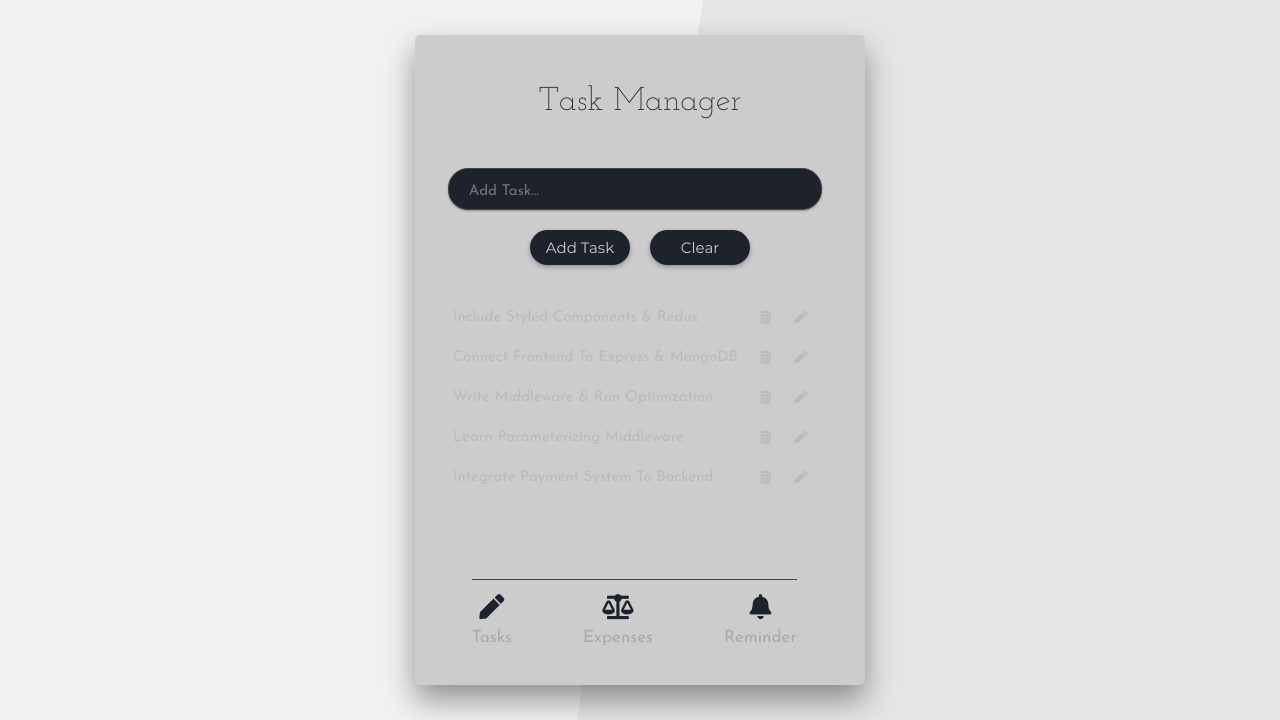
Repository: Kol124/react-task-manager
Page: /
These files come from the project's save history. The page is drawn as it stood at one moment and after the next save; the edit follows.
The browser window is 1280 px wide. The pictures show the whole page.
The project was rebuilt for these pictures with package versions that can differ from the ones it lists, and the page was loaded fresh each time. Also part of the build but not shown: src/components/Expenses/Expenses.js, src/components/Reminder/Reminder.js.

Above is the page before, as saved 2021-06-24 13:45:37.

### public/index.html
<!DOCTYPE html>
<html lang="en">
  <head>
    <meta charset="utf-8" />
    <link rel="icon" href="%PUBLIC_URL%/favicon.ico" />
    <meta name="viewport" content="width=device-width, initial-scale=1" />
    <meta name="theme-color" content="#000000" />
    <meta
      name="description"
      content="Web site created using create-react-app"
    />
    <link rel="apple-touch-icon" href="%PUBLIC_URL%/logo192.png" />
    <!--
      manifest.json provides metadata used when your web app is installed on a
      user's mobile device or desktop. See https://developers.google.com/web/fundamentals/web-app-manifest/
    -->
    <link rel="manifest" href="%PUBLIC_URL%/manifest.json" />
    <!--
      Notice the use of %PUBLIC_URL% in the tags above.
      It will be replaced with the URL of the `public` folder during the build.
      Only files inside the `public` folder can be referenced from the HTML.

      Unlike "/favicon.ico" or "favicon.ico", "%PUBLIC_URL%/favicon.ico" will
      work correctly both with client-side routing and a non-root public URL.
      Learn how to configure a non-root public URL by running `npm run build`.
    -->
    <link rel="stylesheet" href="all.min.css" />
    <title>React App</title>
  </head>
  <body>
    <noscript>You need to enable JavaScript to run this app.</noscript>
    <div id="root"></div>
    <!--
      This HTML file is a template.
      If you open it directly in the browser, you will see an empty page.

      You can add webfonts, meta tags, or analytics to this file.
      The build step will place the bundled scripts into the <body> tag.

      To begin the development, run `npm start` or `yarn start`.
      To create a production bundle, use `npm run build` or `yarn build`.
    -->
  </body>
</html>

### src/App.js
import "./App.css";
import React from "react";
import { BrowserRouter as Router, Switch, Route } from "react-router-dom";
import Header from "./components/Header";
import TaskForm from "./components/TaskForm";
import TaskList from "./components/TaskList";
import TaskContextProvider from "./context/TaskContext";
import Expenses from "./components/expenses/Expenses";
import Reminder from "./components/reminder/Reminder";
import Footer from "./components/Footer";

function App() {
  return (
    <Router>
      <TaskContextProvider>
        <div className="container">
          <div className="app-wrapper">
            <Header />
            <Switch>
              <Route exact path="/">
                <div className="main">
                  <TaskForm />
                  <TaskList />
                </div>
              </Route>

              <Route path="/expenses">
                <Expenses />
              </Route>

              <Route path="/reminder">
                <Reminder />
              </Route>
            </Switch>
            <Footer />
          </div>
        </div>
      </TaskContextProvider>
    </Router>
  );
}

export default App;

### src/App.css
@import url("fonts.css");

* {
  margin: 0;
  padding: 0;
  box-sizing: inherit;
}

html {
  box-sizing: border-box;
  font-size: 62.5%;
}

.container {
  width: 100%;
  height: 100vh;
  display: flex;
  align-items: center;
  justify-content: center;
  background: linear-gradient(100deg, #f1f1f1 50%, #e5e5e5 0);
}

.app-wrapper {
  background-color: #292f38;
  background-color: #ccc;
  padding: 2.5rem 2.8rem;
  position: relative;
  width: 45rem;
  height: 65rem;
  border-radius: 5px;
  box-shadow: 0 15px 30px rgba(0, 0, 0, 0.4);
}

.header .main-header {
  font-family: "Josefin Slab", serif;
  text-align: center;
  font-size: 3.3rem;
  color: #292f38;
  font-weight: 300;
  margin: 2.5rem 2rem 5rem 2rem;
}

.main {
  display: flex;
  flex-direction: column;
  align-items: space-between;
  margin-bottom: 3.5rem;
  width: 100%;
}

.form {
  display: flex;
  align-items: center;
  margin-bottom: 1.5rem;
  flex-direction: column;
  justify-content: center;
}

.task-input {
  font-family: "Josefin Sans", serif;
  padding: 1.5rem 1rem 1rem 2rem;
  margin: 0 1rem 1rem 0;
  color: #ccc;
  width: 95%;
  outline: none;
  font-size: 1.5rem;
  border-radius: 20px;
  border: 1px solid #444;
  background-color: #1d222b;
  box-shadow: 0 1px 2px rgba(0, 0, 0, 0.3);
}

@media only screen and (max-width: 450px) {
  html {
    font-size: 50%;
  }
}

.buttons {
  display: flex;
}

.btn {
  margin: 1rem;
}

.add-task-btn {
  width: 10rem;
  height: 3.5rem;
  background-color: #1d222b;
  color: #ccc;
  border: none;
  font-family: "Montserrat", sans-serif;
  font-size: 1.5rem;
  border-radius: 2rem;
  box-shadow: 0 2px 5px rgba(0, 0, 0, 0.3);
  outline: none;
  cursor: pointer;
}

.list {
  width: 95%;
  margin: 0 auto;
  max-height: 28rem;
  overflow: hidden;
  overflow-y: auto;
}

/* width */
::-webkit-scrollbar {
  width: 6px;
}

/* Track */
::-webkit-scrollbar-track {
  border-radius: 10px;
  background-color: #aaa;
}

/* Handle */
::-webkit-scrollbar-thumb {
  background: #444;
  border-radius: 10px;
}

.list-item {
  display: flex;
  margin: 2rem 0;
  padding-bottom: 0.5rem;
  justify-content: space-between;
}

.list-item span {
  font-family: "Josefin Sans", sans-serif;
  color: #bbb;
  font-size: 1.5rem;
  text-transform: capitalize;
}

.task-btn {
  cursor: pointer;
  background-color: transparent;
  border: none;
  outline: none;
}

.btn-delete i {
  font-size: 1.3rem;
  color: #bbb;
  margin-right: 2rem;
}

.btn-edit i {
  font-size: 1.3rem;
  color: #bbb;
  margin-right: 2rem;
}

.clear-btn {
  width: 10rem;
  height: 3.5rem;
  background-color: #1d222b;
  color: #ccc;
  border: none;
  font-family: "Montserrat", sans-serif;
  font-size: 1.5rem;
  border-radius: 2rem;
  box-shadow: 0 2px 5px rgba(0, 0, 0, 0.3);
  outline: none;
  cursor: pointer;
}

.no-tasks {
  color: #777;
  text-align: center;
  font-family: "Montserrat", sans-serif;
  margin-top: 2.5rem;
  font-size: 2rem;
}

footer {
  position: absolute;
  width: 85%;
  bottom: 6%;
}

footer .nav {
  display: flex;
  align-items: center;
  justify-content: space-between;
  border-top: 1px solid #444;
  padding-top: 1.4rem;
  list-style: none;
  margin: 0 auto;
  width: 85%;
}

.nav li {
  font-family: "Josefin Sans", sans-serif;
  /* font-size: 2rem; */
  text-align: center;
}

.nav li a {
  text-decoration: none;
}

.nav li i {
  font-size: 2.5rem;
  color: #1d222b;
  transition: all ease 0.3s;
}

.nav li i:hover {
  color: #182741;
}

.nav li i:active {
  color: #182741;
}

.nav li p {
  text-decoration: none;
  font-size: 1.7rem;
  color: #aaa;
  margin-top: 1rem;
}

### src/components/Header.js
import React from "react";

const Header = () => {
  return (
    <div className="header">
      <h1 className="main-header">Task Manager</h1>
    </div>
  );
};

export default Header;

### src/components/TaskForm.js
import React, { useState, useContext, useEffect } from "react";
import { TaskContext } from "../context/TaskContext";

export default function TaskForm() {
  const { editItem, setEditItem, dispatch } = useContext(TaskContext);
  const [title, setTitle] = useState("");

  const handleSubmit = (e) => {
    e.preventDefault();
    if (editItem !== null) {
      dispatch({
        type: "EDIT_TASK",
        task: {
          title,
          id: editItem.id,
        },
      });
      setEditItem(null);
    } else {
      dispatch({
        type: "ADD_TASK",
        task: {
          title,
        },
      });
    }

    setTitle("");
  };

  useEffect(() => {
    if (editItem !== null) {
      setTitle(editItem.title);
      console.log(editItem);
    } else {
      setTitle("");
    }
  }, [editItem]);

  return (
    <form onSubmit={handleSubmit} className="form">
      <input
        type="text"
        placeholder="Add Task..."
        value={title}
        onChange={(e) => setTitle(e.target.value)}
        required
        className="task-input"
      />
      <div className="buttons">
        <button type="submit" className="btn add-task-btn">
          {editItem ? "Edit Task" : "Add Task"}
        </button>
        <button
          className="btn clear-btn"
          onClick={() => dispatch({ type: "CLEAR_TASK" })}
        >
          Clear
        </button>
      </div>
    </form>
  );
}

### src/components/TaskList.js
import React, { useContext } from "react";
import { TaskContext } from "../context/TaskContext";
import Task from "./Task";

export default function TaskList() {
  const { tasks } = useContext(TaskContext);

  return (
    <div>
      {tasks.length ? (
        <ul className="list">
          {tasks.map((task) => {
            return <Task task={task} key={task.id} />;
          })}
        </ul>
      ) : (
        <div className="no-tasks">No Tasks</div>
      )}
    </div>
  );
}

### src/context/TaskContext.js
import React, { createContext, useState, useReducer, useEffect } from "react";
import TaskReducer from "../reducer/TaskReducer";

export const TaskContext = createContext();

export default function TaskContextProvider(props) {
  const [tasks, dispatch] = useReducer(TaskReducer, [
    { title: "Include styled components & redux", id: 1 },
    { title: "Connect frontend to express & mongoDB", id: 2 },
    { title: "Write middleware & run optimization", id: 3 },
    { title: "Learn parameterizing middleware", id: 4 },
    { title: "Integrate payment system to backend", id: 5 },
  ]);
  const [editItem, setEditItem] = useState(null);

  const findItem = (id) => {
    const item = tasks.find((task) => task.id === id);
    setEditItem(item);
  };

  useEffect(() => {
    console.log(tasks);
  });

  return (
    <TaskContext.Provider
      value={{ tasks, editItem, setEditItem, findItem, dispatch }}
    >
      {props.children}
    </TaskContext.Provider>
  );
}

### src/components/Footer.js
import React from "react";
import { Link } from "react-router-dom";

export default function Footer() {
  return (
    <footer>
      <ul className="nav">
        <li>
          <Link to="/">
            <i className="fa fa-pen"></i>
            <p>Tasks</p>
          </Link>
        </li>

        <li>
          <Link to="/Expenses">
            <i className="fa fa-balance-scale"></i>
            <p>Expenses</p>
          </Link>
        </li>

        <li>
          <Link to="/Reminder">
            <i className="fa fa-bell"></i>
            <p>Reminder</p>
          </Link>
        </li>
      </ul>
    </footer>
  );
}

### src/fonts.css
/* josefin-sans-300 - latin */
@font-face {
  font-family: "Josefin Sans";
  font-style: normal;
  font-weight: 300;
  src: url("./fonts/josefin-sans-v17-latin-300.eot"); /* IE9 Compat Modes */
  src: local(""),
    url("./fonts/josefin-sans-v17-latin-300.eot?#iefix")
      format("embedded-opentype"),
    /* IE6-IE8 */ url("./fonts/josefin-sans-v17-latin-300.woff2")
      format("woff2"),
    /* Super Modern Browsers */ url("./fonts/josefin-sans-v17-latin-300.woff")
      format("woff"),
    /* Modern Browsers */ url("./fonts/josefin-sans-v17-latin-300.ttf")
      format("truetype"),
    /* Safari, Android, iOS */
      url("./fonts/josefin-sans-v17-latin-300.svg#JosefinSans") format("svg"); /* Legacy iOS */
}
/* josefin-sans-regular - latin */
@font-face {
  font-family: "Josefin Sans";
  font-style: normal;
  font-weight: 400;
  src: url("./fonts/josefin-sans-v17-latin-regular.eot"); /* IE9 Compat Modes */
  src: local(""),
    url("./fonts/josefin-sans-v17-latin-regular.eot?#iefix")
      format("embedded-opentype"),
    /* IE6-IE8 */ url("./fonts/josefin-sans-v17-latin-regular.woff2")
      format("woff2"),
    /* Super Modern Browsers */
      url("./fonts/josefin-sans-v17-latin-regular.woff") format("woff"),
    /* Modern Browsers */ url("./fonts/josefin-sans-v17-latin-regular.ttf")
      format("truetype"),
    /* Safari, Android, iOS */
      url("./fonts/josefin-sans-v17-latin-regular.svg#JosefinSans")
      format("svg"); /* Legacy iOS */
}
/* josefin-sans-600 - latin */
@font-face {
  font-family: "Josefin Sans";
  font-style: normal;
  font-weight: 600;
  src: url("./fonts/josefin-sans-v17-latin-600.eot"); /* IE9 Compat Modes */
  src: local(""),
    url("./fonts/josefin-sans-v17-latin-600.eot?#iefix")
      format("embedded-opentype"),
    /* IE6-IE8 */ url("./fonts/josefin-sans-v17-latin-600.woff2")
      format("woff2"),
    /* Super Modern Browsers */ url("./fonts/josefin-sans-v17-latin-600.woff")
      format("woff"),
    /* Modern Browsers */ url("./fonts/josefin-sans-v17-latin-600.ttf")
      format("truetype"),
    /* Safari, Android, iOS */
      url("./fonts/josefin-sans-v17-latin-600.svg#JosefinSans") format("svg"); /* Legacy iOS */
}
/* josefin-sans-700 - latin */
@font-face {
  font-family: "Josefin Sans";
  font-style: normal;
  font-weight: 700;
  src: url("./fonts/josefin-sans-v17-latin-700.eot"); /* IE9 Compat Modes */
  src: local(""),
    url("./fonts/josefin-sans-v17-latin-700.eot?#iefix")
      format("embedded-opentype"),
    /* IE6-IE8 */ url("./fonts/josefin-sans-v17-latin-700.woff2")
      format("woff2"),
    /* Super Modern Browsers */ url("./fonts/josefin-sans-v17-latin-700.woff")
      format("woff"),
    /* Modern Browsers */ url("./fonts/josefin-sans-v17-latin-700.ttf")
      format("truetype"),
    /* Safari, Android, iOS */
      url("./fonts/josefin-sans-v17-latin-700.svg#JosefinSans") format("svg"); /* Legacy iOS */
}

/* josefin-slab-300 - latin */
@font-face {
  font-family: "Josefin Slab";
  font-style: normal;
  font-weight: 300;
  src: url("./fonts/josefin-slab-v13-latin-300.eot"); /* IE9 Compat Modes */
  src: local(""),
    url("./fonts/josefin-slab-v13-latin-300.eot?#iefix")
      format("embedded-opentype"),
    /* IE6-IE8 */ url("./fonts/josefin-slab-v13-latin-300.woff2")
      format("woff2"),
    /* Super Modern Browsers */ url("./fonts/josefin-slab-v13-latin-300.woff")
      format("woff"),
    /* Modern Browsers */ url("./fonts/josefin-slab-v13-latin-300.ttf")
      format("truetype"),
    /* Safari, Android, iOS */
      url("./fonts/josefin-slab-v13-latin-300.svg#JosefinSlab") format("svg"); /* Legacy iOS */
}
/* josefin-slab-regular - latin */
@font-face {
  font-family: "Josefin Slab";
  font-style: normal;
  font-weight: 400;
  src: url("./fonts/josefin-slab-v13-latin-regular.eot"); /* IE9 Compat Modes */
  src: local(""),
    url("./fonts/josefin-slab-v13-latin-regular.eot?#iefix")
      format("embedded-opentype"),
    /* IE6-IE8 */ url("./fonts/josefin-slab-v13-latin-regular.woff2")
      format("woff2"),
    /* Super Modern Browsers */
      url("./fonts/josefin-slab-v13-latin-regular.woff") format("woff"),
    /* Modern Browsers */ url("./fonts/josefin-slab-v13-latin-regular.ttf")
      format("truetype"),
    /* Safari, Android, iOS */
      url("./fonts/josefin-slab-v13-latin-regular.svg#JosefinSlab")
      format("svg"); /* Legacy iOS */
}
/* josefin-slab-600 - latin */
@font-face {
  font-family: "Josefin Slab";
  font-style: normal;
  font-weight: 600;
  src: url("./fonts/josefin-slab-v13-latin-600.eot"); /* IE9 Compat Modes */
  src: local(""),
    url("./fonts/josefin-slab-v13-latin-600.eot?#iefix")
      format("embedded-opentype"),
    /* IE6-IE8 */ url("./fonts/josefin-slab-v13-latin-600.woff2")
      format("woff2"),
    /* Super Modern Browsers */ url("./fonts/josefin-slab-v13-latin-600.woff")
      format("woff"),
    /* Modern Browsers */ url("./fonts/josefin-slab-v13-latin-600.ttf")
      format("truetype"),
    /* Safari, Android, iOS */
      url("./fonts/josefin-slab-v13-latin-600.svg#JosefinSlab") format("svg"); /* Legacy iOS */
}
/* josefin-slab-700 - latin */
@font-face {
  font-family: "Josefin Slab";
  font-style: normal;
  font-weight: 700;
  src: url("./fonts/josefin-slab-v13-latin-700.eot"); /* IE9 Compat Modes */
  src: local(""),
    url("./fonts/josefin-slab-v13-latin-700.eot?#iefix")
      format("embedded-opentype"),
    /* IE6-IE8 */ url("./fonts/josefin-slab-v13-latin-700.woff2")
      format("woff2"),
    /* Super Modern Browsers */ url("./fonts/josefin-slab-v13-latin-700.woff")
      format("woff"),
    /* Modern Browsers */ url("./fonts/josefin-slab-v13-latin-700.ttf")
      format("truetype"),
    /* Safari, Android, iOS */
      url("./fonts/josefin-slab-v13-latin-700.svg#JosefinSlab") format("svg"); /* Legacy iOS */
}

/* montserrat-300 - latin */
@font-face {
  font-family: "Montserrat";
  font-style: normal;
  font-weight: 300;
  src: url("./fonts/montserrat-v15-latin-300.eot"); /* IE9 Compat Modes */
  src: local(""),
    url("./fonts/montserrat-v15-latin-300.eot?#iefix")
      format("embedded-opentype"),
    /* IE6-IE8 */ url("./fonts/montserrat-v15-latin-300.woff2") format("woff2"),
    /* Super Modern Browsers */ url("./fonts/montserrat-v15-latin-300.woff")
      format("woff"),
    /* Modern Browsers */ url("./fonts/montserrat-v15-latin-300.ttf")
      format("truetype"),
    /* Safari, Android, iOS */
      url("./fonts/montserrat-v15-latin-300.svg#Montserrat") format("svg"); /* Legacy iOS */
}
/* montserrat-regular - latin */
@font-face {
  font-family: "Montserrat";
  font-style: normal;
  font-weight: 400;
  src: url("./fonts/montserrat-v15-latin-regular.eot"); /* IE9 Compat Modes */
  src: local(""),
    url("./fonts/montserrat-v15-latin-regular.eot?#iefix")
      format("embedded-opentype"),
    /* IE6-IE8 */ url("./fonts/montserrat-v15-latin-regular.woff2")
      format("woff2"),
    /* Super Modern Browsers */ url("./fonts/montserrat-v15-latin-regular.woff")
      format("woff"),
    /* Modern Browsers */ url("./fonts/montserrat-v15-latin-regular.ttf")
      format("truetype"),
    /* Safari, Android, iOS */
      url("./fonts/montserrat-v15-latin-regular.svg#Montserrat") format("svg"); /* Legacy iOS */
}
/* montserrat-500 - latin */
@font-face {
  font-family: "Montserrat";
  font-style: normal;
  font-weight: 500;
  src: url("./fonts/montserrat-v15-latin-500.eot"); /* IE9 Compat Modes */
  src: local(""),
    url("./fonts/montserrat-v15-latin-500.eot?#iefix")
      format("embedded-opentype"),
    /* IE6-IE8 */ url("./fonts/montserrat-v15-latin-500.woff2") format("woff2"),
    /* Super Modern Browsers */ url("./fonts/montserrat-v15-latin-500.woff")
      format("woff"),
    /* Modern Browsers */ url("./fonts/montserrat-v15-latin-500.ttf")
      format("truetype"),
    /* Safari, Android, iOS */
      url("./fonts/montserrat-v15-latin-500.svg#Montserrat") format("svg"); /* Legacy iOS */
}

### src/components/Task.js
import React, { useContext } from "react";
import { TaskContext } from "../context/TaskContext";

export default function Task({ task }) {
  const { findItem, dispatch } = useContext(TaskContext);

  return (
    <li className="list-item">
      <span>{task.title}</span>
      <div>
        <button
          className="btn-delete task-btn"
          onClick={() =>
            dispatch({ type: "REMOVE_TASK", task: { id: task.id } })
          }
        >
          <i className="fas fa-trash-alt"></i>
        </button>{" "}
        <button className="btn-edit task-btn" onClick={() => findItem(task.id)}>
          <i className="fas fa-pen"></i>
        </button>
      </div>
    </li>
  );
}

### src/reducer/TaskReducer.js
export default function TaskReducer(tasks, action) {
  switch (action.type) {
    case "ADD_TASK":
      return [
        ...tasks,
        {
          title: action.task.title,
          id: Math.random().toString(),
        },
      ];

    case "REMOVE_TASK":
      return tasks.filter((task) => task.id !== action.task.id);

    case "EDIT_TASK":
      return tasks.map((task) =>
        task.id === action.task.id
          ? { title: action.task.title, id: action.task.id }
          : task
      );

    case "CLEAR_TASK":
      return [];

    default:
      return tasks;
  }
}

Loaded but not shown: src/index.js (common file); src/index.css (common file); src/reportWebVitals.js (common file); public/all.min.css (library)

After the next save:
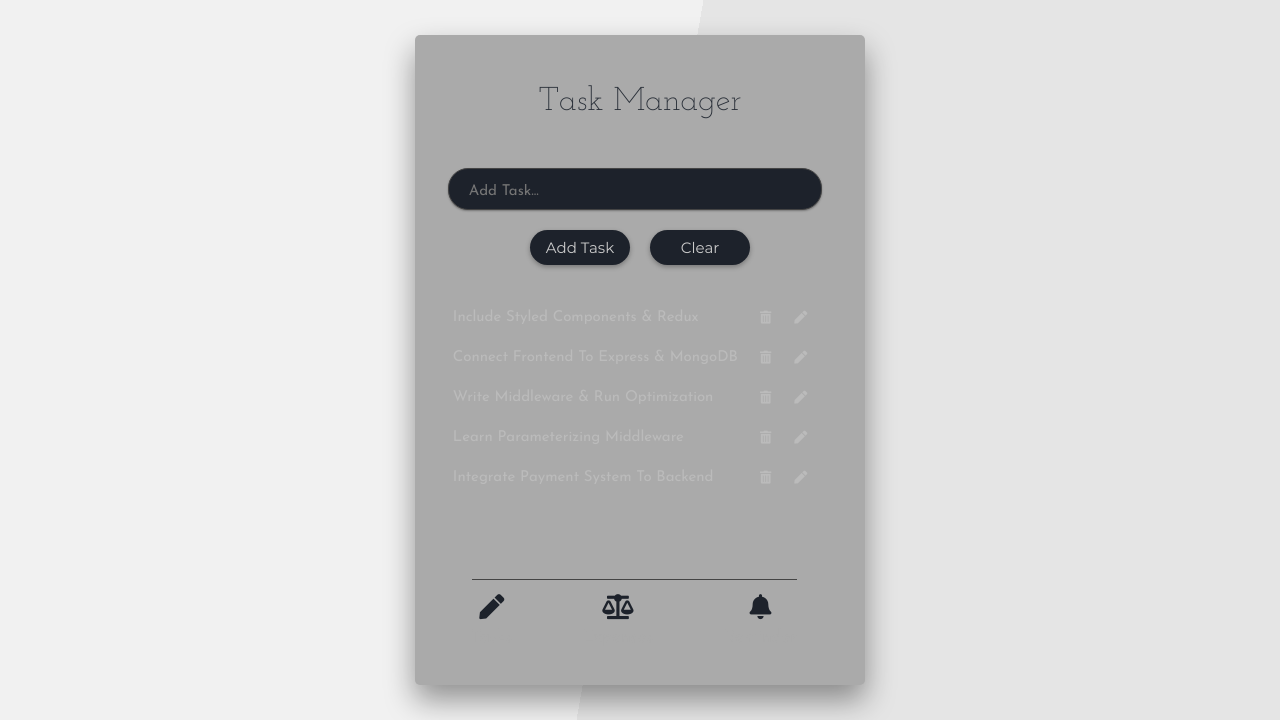
Saved 48 s later.
--- a/src/App.css
+++ b/src/App.css
@@ -22,7 +22,7 @@ html {
 
 .app-wrapper {
   background-color: #292f38;
-  background-color: #ccc;
+  background-color: #aaa;
   padding: 2.5rem 2.8rem;
   position: relative;
   width: 45rem;
